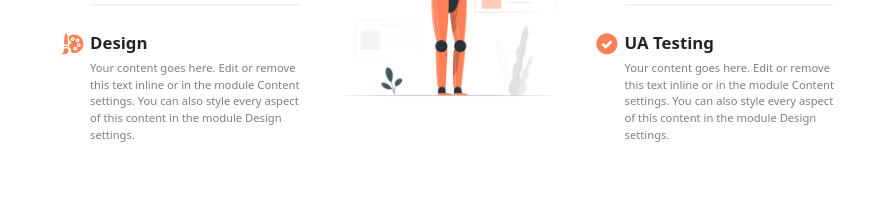
Repository: meherujjahan/Molti-website
Page: index.html
The author's editor kept a copy of each file at every save. The page is drawn from the files as they stood at one save, then again after the next save.
The browser window is 1280 px wide. The pictures show the part of the page from y = 2031 to 3951 px (the page is 2322 px tall before and 3951 px after), at 70% of full size.
Some web libraries are served in a nearby version.

Above is the page before, as saved 2022-03-08 20:05:15.

After the next save:
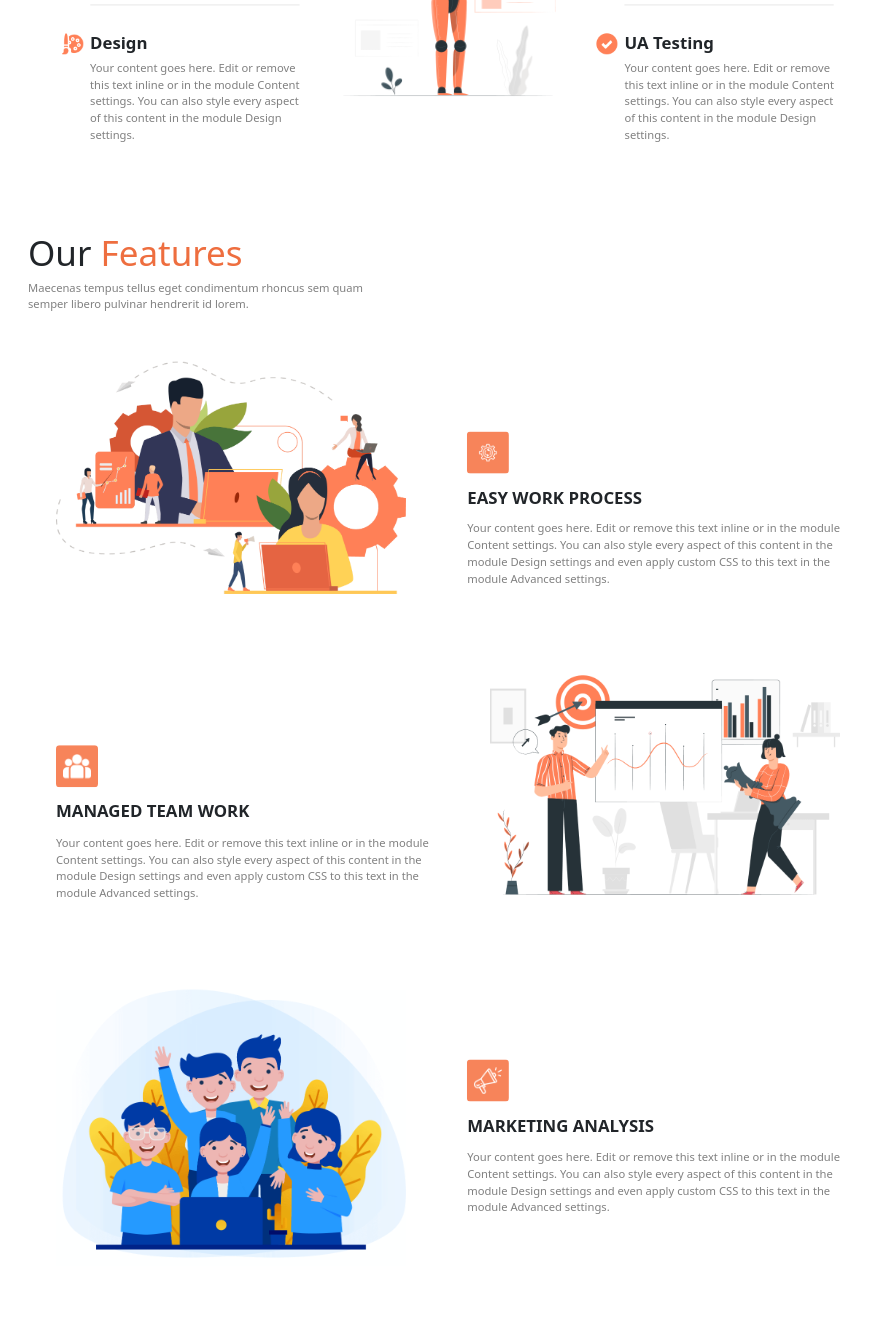
Saved 4 min 24 s later.
--- a/index.html
+++ b/index.html
@@ -407,6 +407,80 @@
           </div>
         </div>
       </section>
+      <!-- FEATURE SECTION -->
+      <section>
+        <div class="features">
+          <div class="feature-text">
+            <h1>Our<span> Features</span></h1>
+            <p>
+              Maecenas tempus tellus eget condimentum rhoncus sem quam <br />
+              semper libero pulvinar hendrerit id lorem.
+            </p>
+          </div>
+          <div>
+            <div class="feature-banner">
+              <div>
+                <img src="Image/Easy-Work-Process.png" alt="" />
+              </div>
+              <div class="feature-banner-text">
+                <img src="Image/Work-Process (1).png" alt="" />
+
+                <h4>EASY WORK PROCESS</h4>
+
+                <p>
+                  Your content goes here. Edit or remove this text inline or in
+                  the module <br />
+                  Content settings. You can also style every aspect of this
+                  content in the <br />
+                  module Design settings and even apply custom CSS to this text
+                  in the <br />
+                  module Advanced settings.
+                </p>
+              </div>
+            </div>
+            <div class="feature-banner">
+              <div class="feature-banner-text">
+                <img src="Image/Team-Icon.png" alt="" />
+
+                <h4>MANAGED TEAM WORK</h4>
+
+                <p>
+                  Your content goes here. Edit or remove this text inline or in
+                  the module <br />
+                  Content settings. You can also style every aspect of this
+                  content in the <br />
+                  module Design settings and even apply custom CSS to this text
+                  in the <br />
+                  module Advanced settings.
+                </p>
+              </div>
+              <div>
+                <img src="Image/Marketing.png" alt="" />
+              </div>
+            </div>
+            <div class="feature-banner">
+              <div>
+                <img src="Image/Managed-Team-Work.png" alt="" />
+              </div>
+              <div class="feature-banner-text">
+                <img src="Image/Marketing-icon.png" alt="" />
+
+                <h4>MARKETING ANALYSIS</h4>
+
+                <p>
+                  Your content goes here. Edit or remove this text inline or in
+                  the module <br />
+                  Content settings. You can also style every aspect of this
+                  content in the <br />
+                  module Design settings and even apply custom CSS to this text
+                  in the <br />
+                  module Advanced settings.
+                </p>
+              </div>
+            </div>
+          </div>
+        </div>
+      </section>
     </main>
   </body>
 </html>
